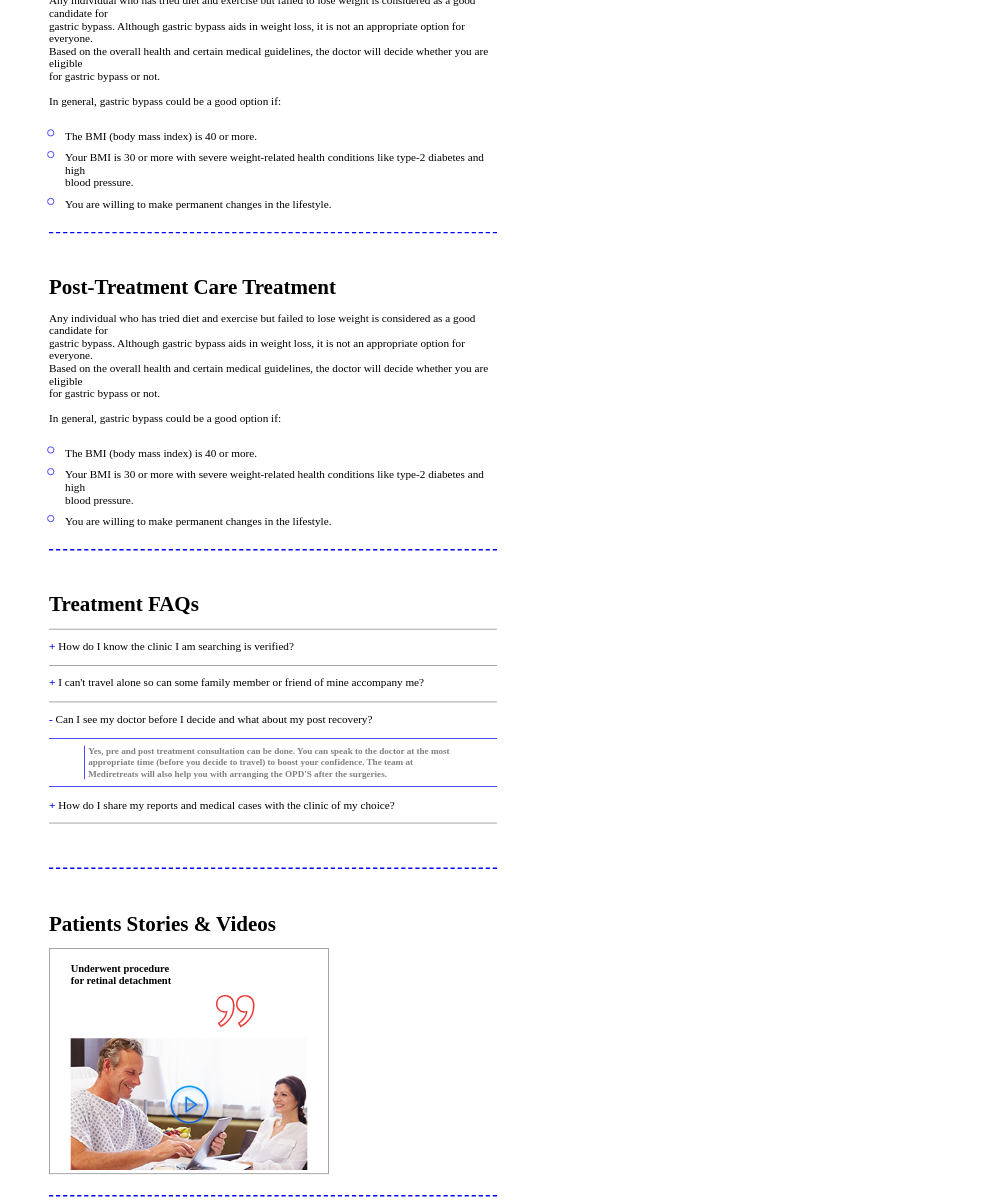
Repository: hetuk2005/webDevelopment
Page: Projects/Aafiya.html
An editor plug-in stored every save of this project. The page is shown before and after the next save, followed by the edit.
The browser window is 1280 px wide. The page is 1438 px wide, so the pictures cover 1438 px, including what lies to the right of the window. The pictures show the part of the page from y = 2815 to 4535 px (the page is 4535 px tall), at 70% of full size.

Above is the page before, as saved 2025-04-08 11:03:01.

After the next save:
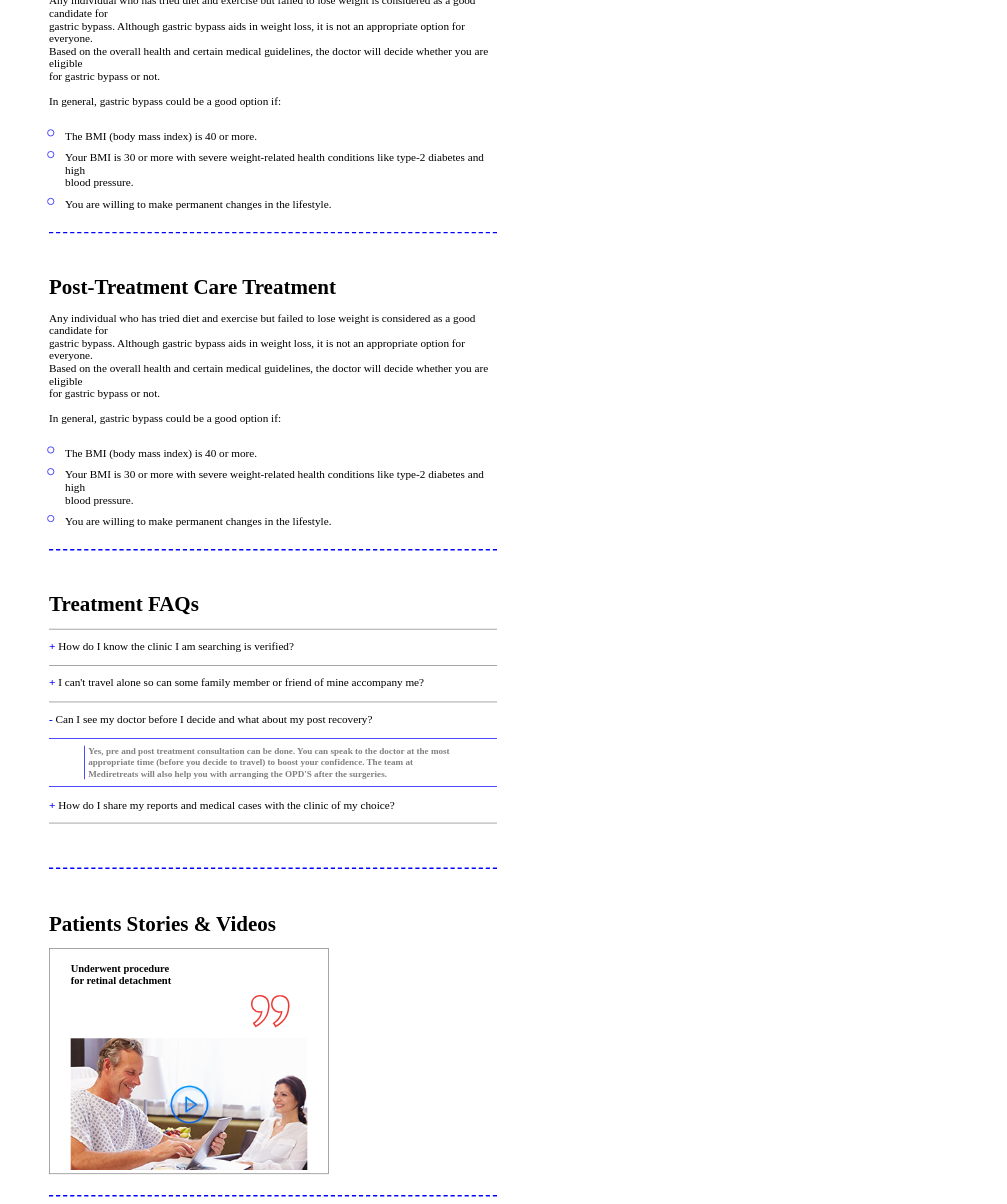
Saved 14 s later.
--- a/Projects/CSS/Aafiya.css
+++ b/Projects/CSS/Aafiya.css
@@ -527,8 +527,7 @@ span {
 .patient_stories>.stories_img>.text1>.stories_text>.quotes {
     height: 70px;
     width: 70px;
-    /* margin-right: 200px; */
-    margin-left: 200px;
+    margin-left: 250px;
     object-fit: contain;
 }
 
